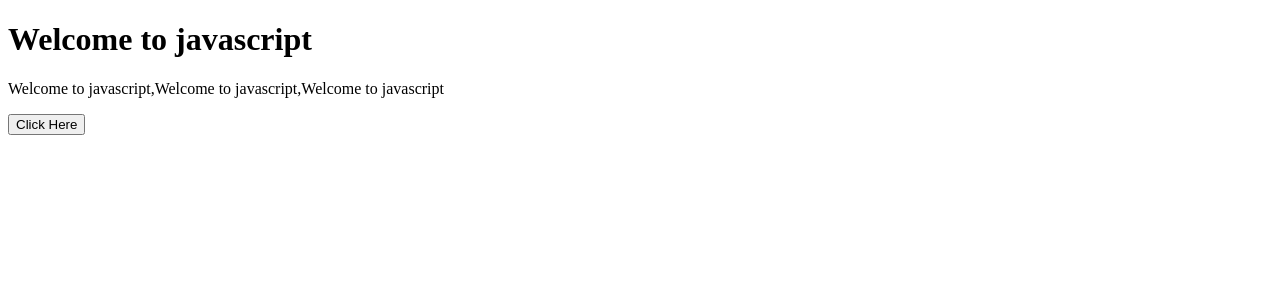
Repository: Afrozzzz/java-training
Page: shop/src/main/resources/static/asynch.html
An editor plug-in stored every save of this project. The page is shown before and after the next save, followed by the edit.
The browser window is 1280 px wide. The pictures show the whole page.

Above is the page before, as saved 2025-02-28 04:42:44.

### shop/src/main/resources/static/asynch.html
<!DOCTYPE html>
<html>
<head>
<meta charset="ISO-8859-1">
<title>Insert title here</title>
</head>
<body>
<h1 id="heading">Welcome to javascript</h1>
<p class="message">Welcome to javascript,Welcome to javascript,Welcome to javascript</p>
<button id="btn">Click Here</button>

</body>
<script>
function fetchData(callback){

console.log("Fetching data.........");
setTimeout ( () => {
	let data = {name:"Tanuj",age:25};
},3000);

}

function processData (data){

	console.log("processing Data....",data);
	fetchData(processData);
}


</script>
</html>

After the next save:
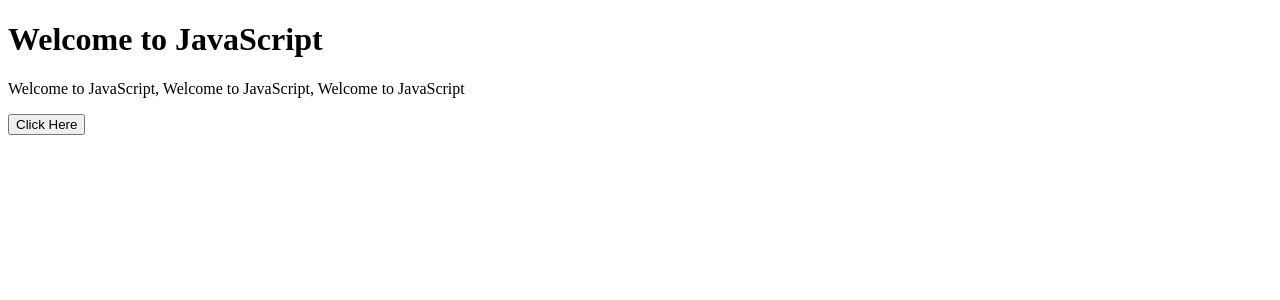
Saved 9 min 36 s later.
--- a/shop/src/main/resources/static/asynch.html
+++ b/shop/src/main/resources/static/asynch.html
@@ -5,27 +5,25 @@
 <title>Insert title here</title>
 </head>
 <body>
-<h1 id="heading">Welcome to javascript</h1>
-<p class="message">Welcome to javascript,Welcome to javascript,Welcome to javascript</p>
+<h1 id="heading">Welcome to JavaScript</h1>
+<p class="message">Welcome to JavaScript, Welcome to JavaScript, Welcome to JavaScript</p>
 <button id="btn">Click Here</button>
 
-</body>
 <script>
-function fetchData(callback){
-
-console.log("Fetching data.........");
-setTimeout ( () => {
-	let data = {name:"Tanuj",age:25};
-},3000);
-
+function fetchData(callback) {
+    console.log("Fetching data.........");
+    setTimeout(() => {
+        let data = {name: "Tanuj", age: 25};
+        callback(data); // Call the callback function with the data
+    }, 3000);
 }
 
-function processData (data){
-
-	console.log("processing Data....",data);
-	fetchData(processData);
+function processData(data) {
+    console.log("Processing Data....", data);
 }
 
-
+// Start the process by calling fetchData with processData as the callback
+fetchData(processData);
 </script>
+</body>
 </html>
